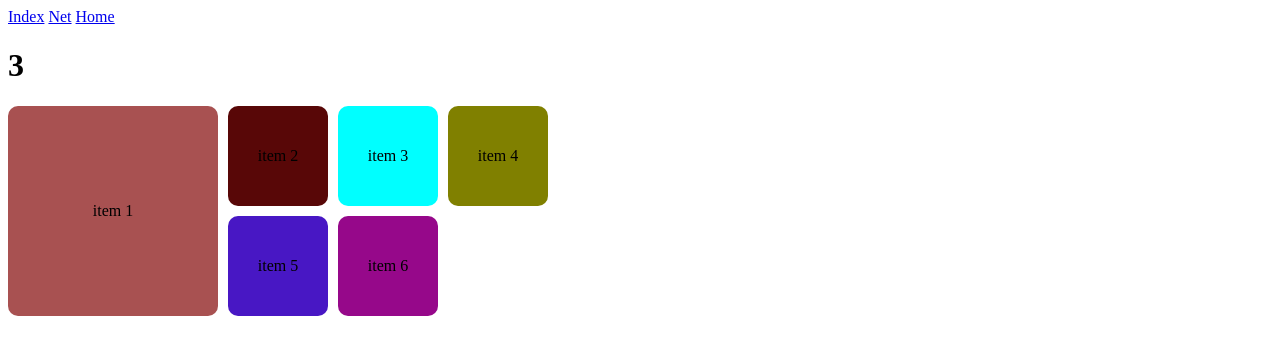
Repository: Nguyen-Toan-2004/du-an-test
Page: product.htm
The author's editor kept a copy of each file at every save. The page is drawn from the files as they stood at one save, then again after the next save.
The browser window is 1280 px wide. The pictures show the whole page.

Above is the page before, as saved 2025-10-22 20:39:24.

### product.htm
<!DOCTYPE html>
<html lang="en">
  <head>
    <meta charset="UTF-8" />
    <meta name="viewport" content="width=device-width, initial-scale=1.0" />
    <title>Product</title>
  </head>
  <body>
    <a href="index.html">Index</a>
    <a href="net.htm">Net</a>
    <a href="home.html">Home</a>
    <h1>3</h1>
    <style>
      .container {
        display: grid;
        grid-template-columns: repeat(5, 100px);
        grid-template-rows: repeat(3, 100px);
        gap: 10px;
      }
      .box {
        display: flex;
        justify-content: center;
        align-items: center;
        border-radius: 10px;
      }
      .box1 {
        background: #a85151;
        grid-row-start: 1;
        grid-row-end: 3;
        grid-column-start: 1;
        grid-column-end: 3;
      }
      .box2 {
        background: #580707;

      }
      .box3 {
        background: aqua;
      }
      .box4 {
        background: olive;
      }
      .box5 {
        background: #4817c4;
      }
      .box6 {
        background: #96088a;
      }
    </style>
    <div class="container">
      <div class="box box1">item 1</div>
      <div class="box box2">item 2</div>
      <div class="box box3">item 3</div>
      <div class="box box4">item 4</div>
      <div class="box box5">item 5</div>
      <div class="box box6">item 6</div>
    </div>
  </body>
</html>

After the next save:
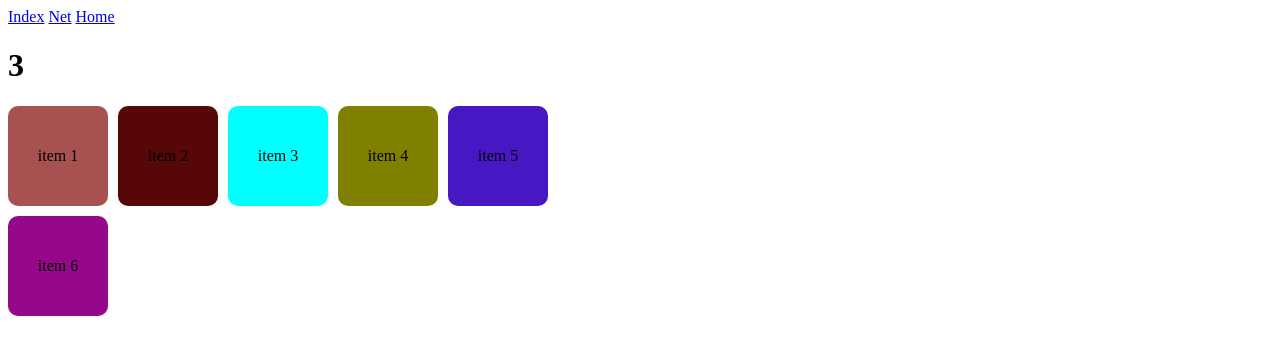
Saved 10 s later.
--- a/product.htm
+++ b/product.htm
@@ -25,10 +25,6 @@
       }
       .box1 {
         background: #a85151;
-        grid-row-start: 1;
-        grid-row-end: 3;
-        grid-column-start: 1;
-        grid-column-end: 3;
       }
       .box2 {
         background: #580707;
